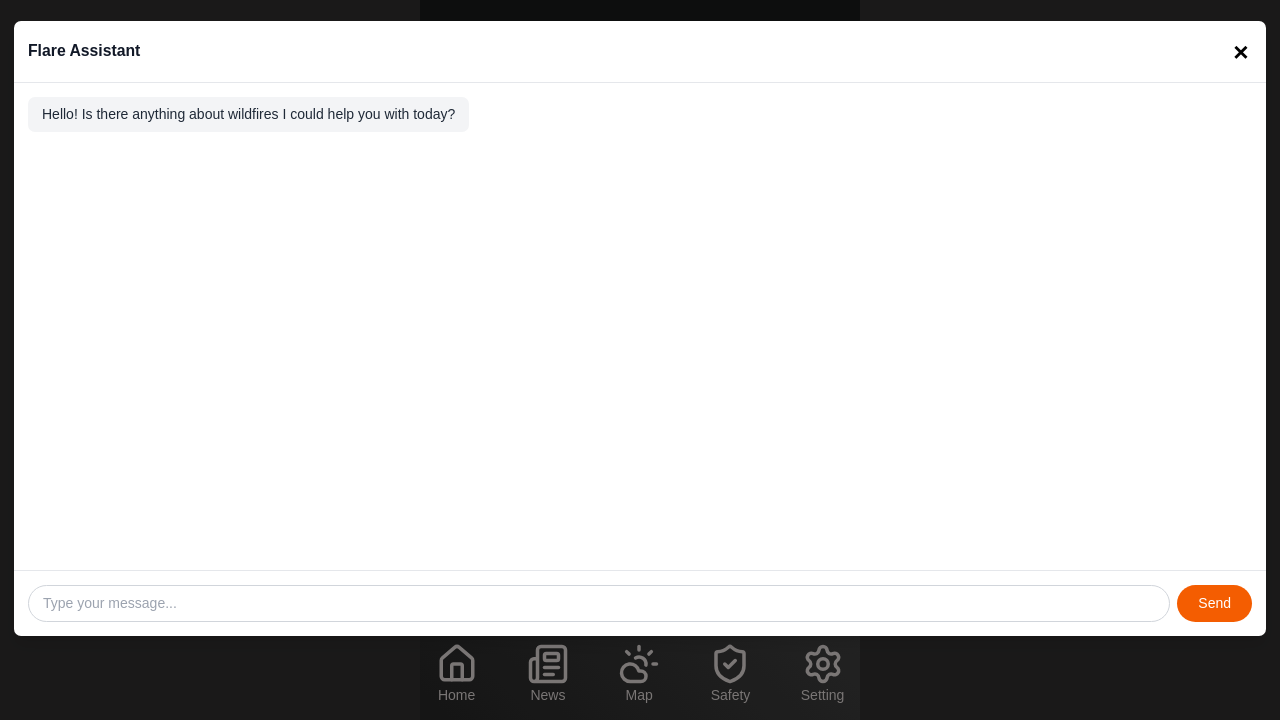
Repository: BCITKevin/Flare_IDSP
Page: /safety, after clicking the first element matching `button.flex`
The author's editor kept a copy of each file at every save. The page is drawn from the files as they stood at one save, then again after the next save.
The browser window is 1280 px wide. The pictures show the whole page.
An inner scrolling area shows only its first screen. Some web fonts or font styles are not loaded; a fallback is used. The project was rebuilt for these pictures with package versions that can differ from the ones it lists, and the page was loaded fresh each time. The framework's server and built-in components were replaced by stand-ins that run in the browser. Also part of the build but not shown: next.config.js, next.config.mjs.

Above is the page before, as saved 2024-11-30 08:05:41.

After the next save:
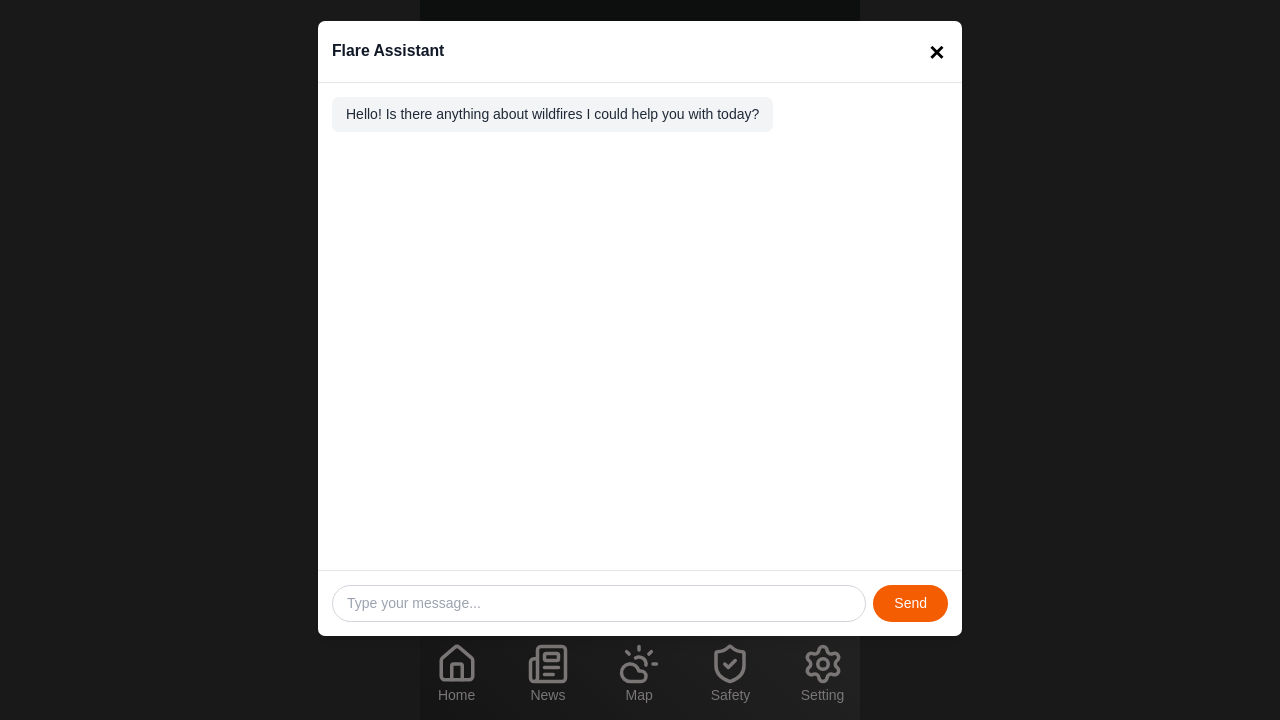
Saved 19 s later.
--- a/src/app/safety/page.tsx
+++ b/src/app/safety/page.tsx
@@ -222,7 +222,7 @@ export default function Safety() {
                 {showChat ? (
                     <>
                         <div className="justify-center items-center flex overflow-x-hidden overflow-y-auto fixed inset-0 z-50 outline-none focus:outline-none">
-                            <div className="relative w-full h-full mx-auto max-w-auto px-4 pt-6 pb-24">
+                            <div className="relative w-full h-full mx-auto max-w-3xl px-4 pt-6 pb-24">
                                 <div className="border-0 rounded-lg shadow-lg relative flex flex-col w-full h-full bg-white outline-none focus:outline-none">
                                     {/* Header */}
                                     <div className="flex items-center justify-between p-4 border-b border-solid border-gray-200">
